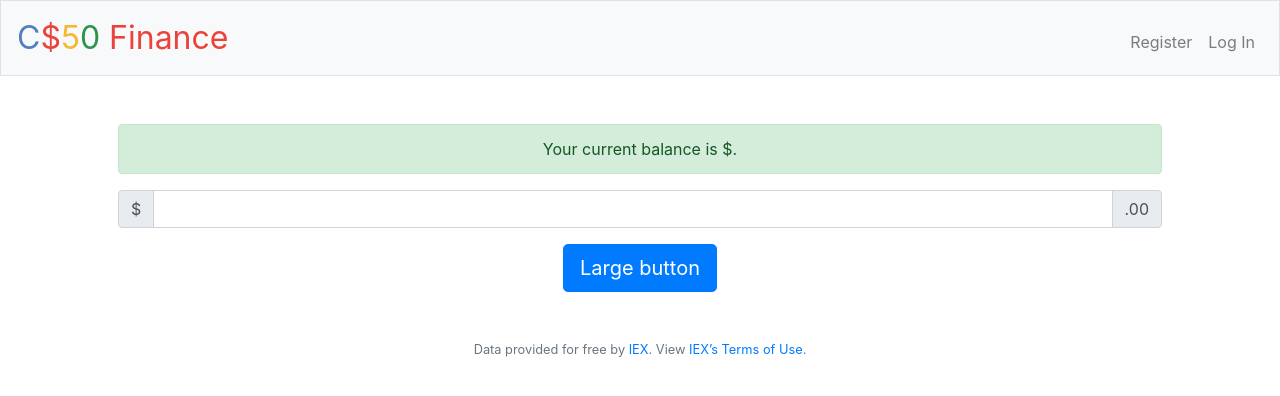
Repository: Ashu-r/finance_cs50
Page: pset8/finance/templates/cash.html
The author's editor kept a record of every edit. The page is drawn from the files as they stood at one moment, then again after the next edit.
The browser window is 1280 px wide. The pictures show the whole page.
The template is drawn by Flask 3. The application's start-up code is not run. Other server files are loaded and not shown. The template is opened directly, without the code that normally fills it, so the values that code supplies are empty.

Above is the page before.

### pset8/finance/templates/cash.html
{% extends "layout.html" %}

{% block title %}
    Buy
{% endblock %}

{% block main %}
    <form action="/buy" method="post">
        <div class="alert alert-success" role="alert">
          Your current balance is ${{balance}}.
        </div>

        <div class="input-group mb-3">
          <div class="input-group-prepend">
            <span class="input-group-text">$</span>
          </div>
          <input type="number" name="cash" class="form-control" aria-label="Amount (to the nearest dollar)">
          <div class="input-group-append">
            <span class="input-group-text">.00</span>
          </div>
        </div>
          <button type="submit" class="btn btn-primary btn-lg">Large button</button>

    </form>
{% endblock %}

### pset8/finance/templates/layout.html
<!DOCTYPE html>

<html lang="en">

    <head>

        <!-- Required meta tags -->
        <meta charset="utf-8">
        <meta name="viewport" content="width=device-width, initial-scale=1, shrink-to-fit=no">

        <!-- documentation at http://getbootstrap.com/docs/4.1/, alternative themes at https://bootswatch.com/ -->
        <link href="https://maxcdn.bootstrapcdn.com/bootstrap/4.1.3/css/bootstrap.min.css" rel="stylesheet">

        <!-- https://favicon.io/emoji-favicons/money-mouth-face/ -->
        <link href="/static/favicon.ico" rel="icon">

        <link href="/static/styles.css" rel="stylesheet">

        <script src="https://code.jquery.com/jquery-3.3.1.min.js"></script>
        <script src="https://cdnjs.cloudflare.com/ajax/libs/popper.js/1.14.3/umd/popper.min.js"></script>
        <script src="https://maxcdn.bootstrapcdn.com/bootstrap/4.1.3/js/bootstrap.min.js"></script>

        <title>C$50 Finance: {% block title %}{% endblock %}</title>

    </head>

    <body>

        <nav class="navbar navbar-expand-md navbar-light bg-light border">
            <a class="navbar-brand" href="/"><span class="blue">C</span><span class="red">$</span><span class="yellow">5</span><span class="green">0</span> <span class="red">Finance</span></a>
            <button aria-controls="navbar" aria-expanded="false" aria-label="Toggle navigation" class="navbar-toggler" data-target="#navbar" data-toggle="collapse" type="button">
                <span class="navbar-toggler-icon"></span>
            </button>
            <div class="collapse navbar-collapse" id="navbar">
                {% if session.user_id %}
                    <ul class="navbar-nav mr-auto mt-2">
                        <li class="nav-item"><a class="nav-link" href="/quote">Quote</a></li>
                        <li class="nav-item"><a class="nav-link" href="/buy">Buy</a></li>
                        <li class="nav-item"><a class="nav-link" href="/sell">Sell</a></li>
                        <li class="nav-item"><a class="nav-link" href="/history">History</a></li>
                        <li class="nav-item"><a class="nav-link" href="/cash">Add cash</a></li>
                    </ul>
                    <ul class="navbar-nav ml-auto mt-2">
                        <li class="nav-item"><a class="nav-link" href="/logout">Log Out</a></li>
                    </ul>
                {% else %}
                    <ul class="navbar-nav ml-auto mt-2">
                        <li class="nav-item"><a class="nav-link" href="/register">Register</a></li>
                        <li class="nav-item"><a class="nav-link" href="/login">Log In</a></li>
                    </ul>
                {% endif %}
            </div>
        </nav>

        {% if get_flashed_messages() %}
            <header>
                <div class="alert alert-primary border text-center" role="alert">
                    {{ get_flashed_messages() | join(" ") }}
                </div>
            </header>
        {% endif %}

        <main class="container p-5">
            {% block main %}{% endblock %}
        </main>

        <footer class="small text-center text-muted">
            Data provided for free by <a href="https://iextrading.com/developer">IEX</a>. View <a href="https://iextrading.com/api-exhibit-a/">IEX’s Terms of Use</a>.
        </footer>

    </body>

</html>

Loaded but not shown: pset8/finance/static/styles.css (common file)

After the next edit:
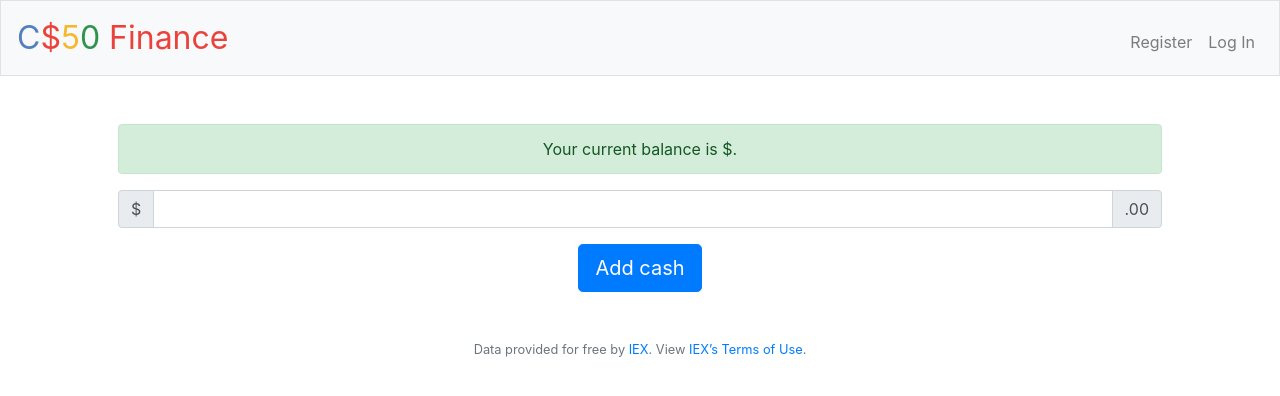
The edit:
--- a/pset8/finance/templates/cash.html
+++ b/pset8/finance/templates/cash.html
@@ -19,7 +19,7 @@
             <span class="input-group-text">.00</span>
           </div>
         </div>
-          <button type="submit" class="btn btn-primary btn-lg">Large button</button>
+          <button type="submit" class="btn btn-primary btn-lg">Add cash</button>
 
     </form>
 {% endblock %}
